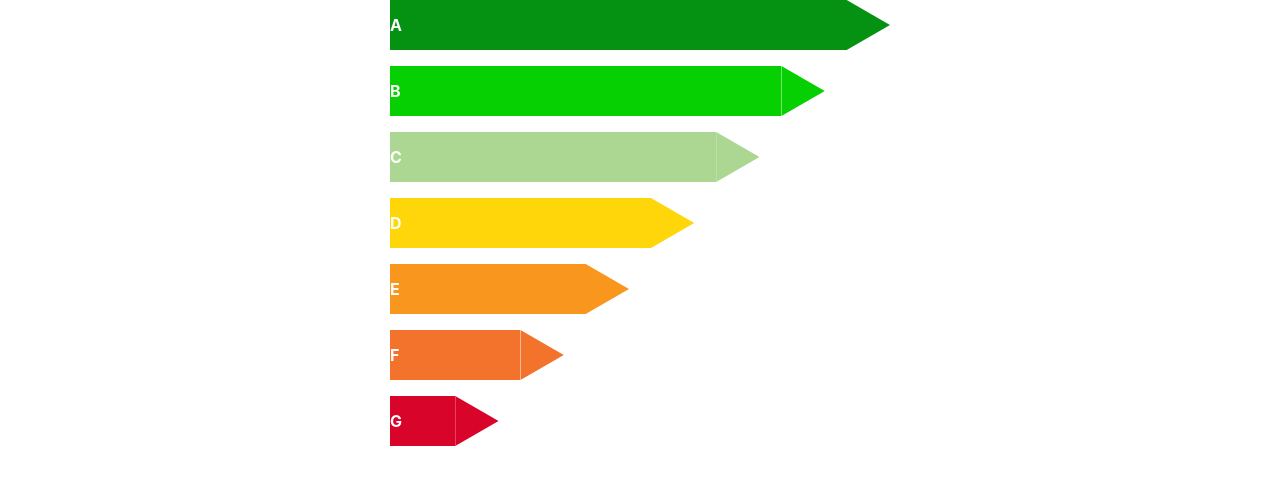
Repository: abdouAppcraft/Predict-DPE
Page: /result
The author's editor kept a copy of each file at every save. The page is drawn from the files as they stood at one save, then again after the next save.
The browser window is 1280 px wide. The pictures show the whole page.
The project was rebuilt for these pictures with package versions that can differ from the ones it lists, and the page was loaded fresh each time. Also part of the build but not shown: src/hooks/useDpeOptions.tsx, src/screens/PredictForm/PredictForm.css, src/strings/string.ts, src/utils/computeData.ts, src/screens/PredictForm/PredictForm.tsx.

Above is the page before, as saved 2024-06-12 09:56:53.

After the next save:
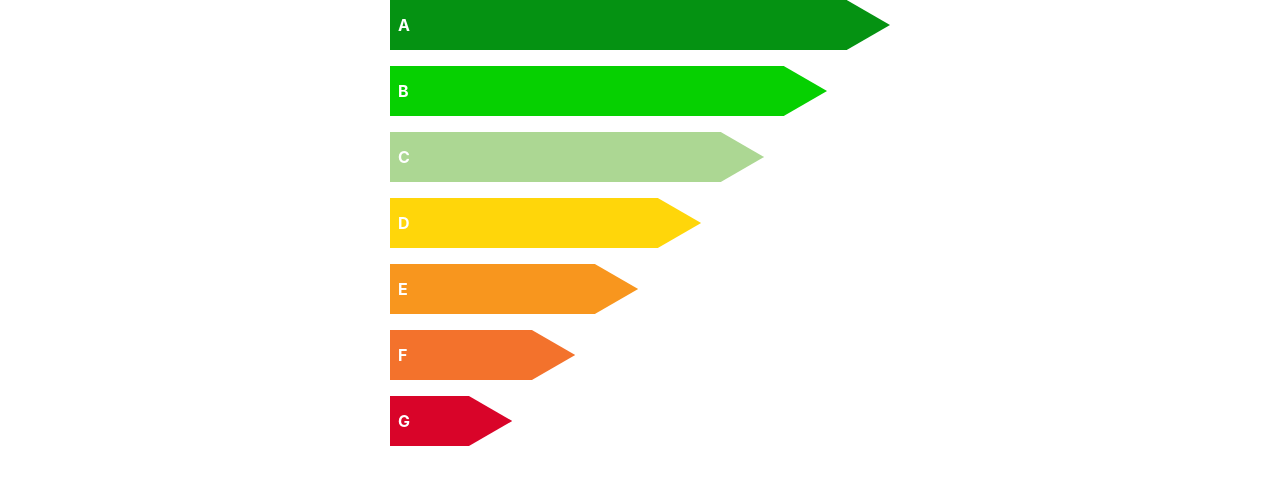
Saved 14 s later.
--- a/src/screens/Result/Result.tsx
+++ b/src/screens/Result/Result.tsx
@@ -40,6 +40,7 @@ const ResultItem: React.FC<{ flex: number; label: string; color: string }> = ({
             placeContent: "center",
             fontWeight: "bold",
             color: "white",
+            padding: ".5rem",
           }}
         >
           {label}
